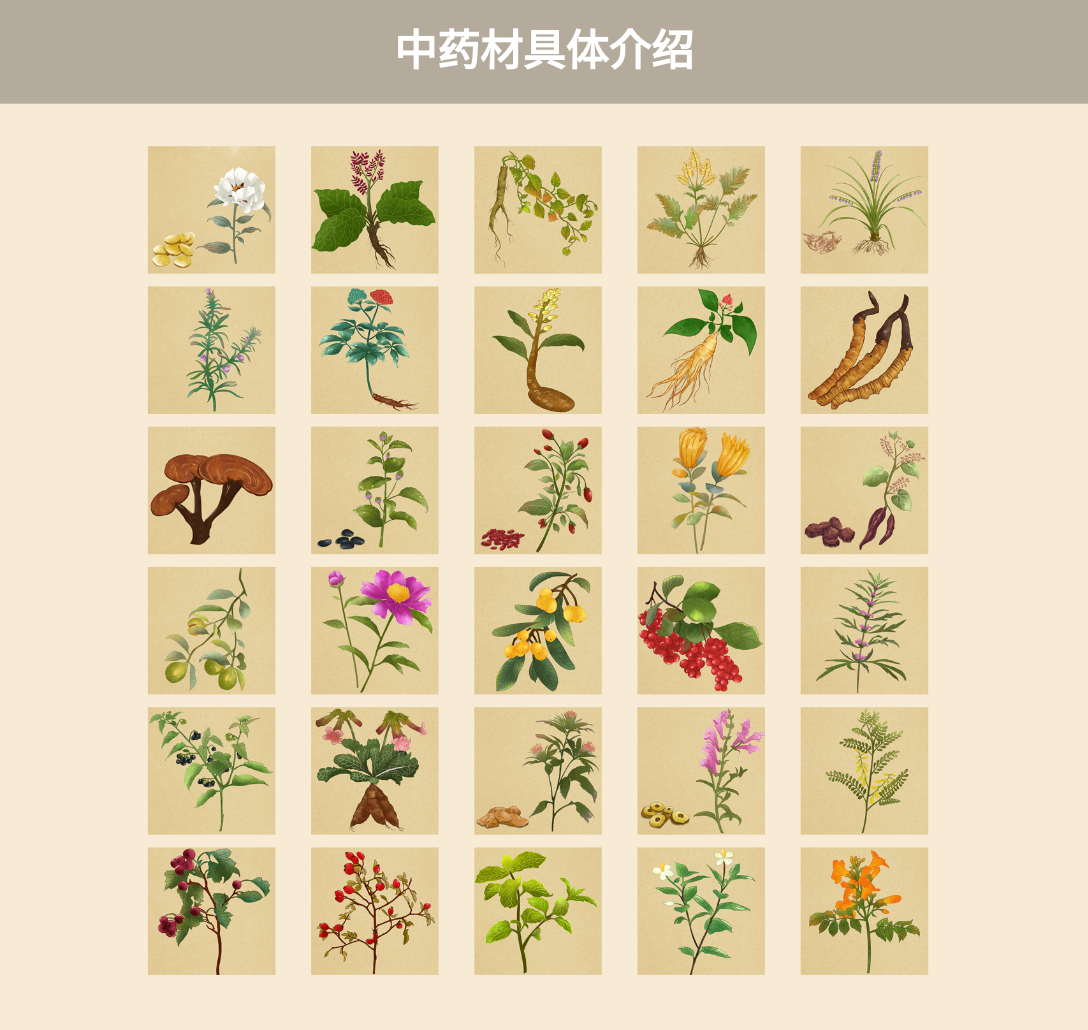
Repository: chjyume/zhongyi
Page: yaocai.html
The author's editor kept a copy of each file at every save. The page is drawn from the files as they stood at one save, then again after the next save.
The browser window is 1280 px wide. The pictures show the whole page, at 85% of full size.

Above is the page before, as saved 2023-09-13 10:31:20.

### yaocai.html
<!--
	@author: vito
	@startTime: 04 Jan 2019
 -->

<!DOCTYPE html>
<html lang="en">

<head>
	<meta charset="UTF-8">
	<title>药材介绍</title>
	<link rel="stylesheet" type="text/css" href="css/yaocai.css">
</head>

<body>
	<header class="top-bar">
		<h1>中药材具体介绍</h1>
	</header>
	<section class="container">
		<section class="boxItem">
			<a href="javascript:void(0)"></a>
			<a href="javascript:void(0)"></a>
			<a href="javascript:void(0)"></a>
			<a href="javascript:void(0)"></a>
			<section class="itemContentBox">
				<img src="img/yaocai/y1.png" alt="">
				<section class="itemContent">
					<span>【白芍】</span>
				</section>
				<section class="itemContent">
					<span>性味：味苦，酸，性微寒。</span>
				</section>
				<section class="itemContent">
					<span>归经：归肝，脾经。</span>
				</section>
				<section class="itemContent">
					<span>功效：养血调经，敛阴止汗， 柔肝</span>
				</section>
			</section>
		</section>
		<section class="boxItem">
			<a href="javascript:void(0)"></a>
			<a href="javascript:void(0)"></a>
			<a href="javascript:void(0)"></a>
			<a href="javascript:void(0)"></a>
			<section class="itemContentBox">
				<img src="img/yaocai/y2.png" alt="">
				<section class="itemContent">
					<span>【大黄】</span>
				</section>
				<section class="itemContent">
					<span>性味：味苦，酸，性微寒。</span>
				</section>
				<section class="itemContent">
					<span>归经：归肝，脾经。</span>
				</section>
				<section class="itemContent">
					<span>功效：养血调经，敛阴止汗， 柔肝</span>
				</section>
			</section>
		</section>
		<section class="boxItem">
			<a href="javascript:void(0)"></a>
			<a href="javascript:void(0)"></a>
			<a href="javascript:void(0)"></a>
			<a href="javascript:void(0)"></a>
			<section class="itemContentBox">
				<img src="img/yaocai/y3.png" alt="">
				<section class="itemContent">
					<span>【党参】</span>
				</section>
				<section class="itemContent">
					<span>性味：甘，平。</span>
				</section>
				<section class="itemContent">
					<span>归经：脾，肺经。</span>
				</section>
				<section class="itemContent">
					<span>功效：益气，生津，脾胃虚弱， 气</span>
				</section>
			</section>
		</section>
		<section class="boxItem">
			<a href="javascript:void(0)"></a>
			<a href="javascript:void(0)"></a>
			<a href="javascript:void(0)"></a>
			<a href="javascript:void(0)"></a>
			<section class="itemContentBox">
				<img src="img/yaocai/y4.png" alt="">
				<section class="itemContent">
					<span>【黄连】</span>
				</section>
				<section class="itemContent">
					<span>性味：性寒，味苦。</span>
				</section>
				<section class="itemContent">
					<span>归经：归心，脾，胃，肝，胆， 大</span>
				</section>
				<section class="itemContent">
					<span>功效：清热燥湿，泻火解毒。</span>
				</section>
			</section>
		</section>
		<section class="boxItem">
			<a href="javascript:void(0)"></a>
			<a href="javascript:void(0)"></a>
			<a href="javascript:void(0)"></a>
			<a href="javascript:void(0)"></a>
			<section class="itemContentBox">
				<img src="img/yaocai/y5.png" alt="">
				<section class="itemContent">
					<span>【麦冬】</span>
				</section>
				<section class="itemContent">
					<span>性味：甘，微苦，微寒。</span>
				</section>
				<section class="itemContent">
					<span>归经：归心，肺，胃经。</span>
				</section>
				<section class="itemContent">
					<span>功效：养阴生津，润肺止咳， 用于肺胃阴虚，津少口渴，干咳咯血。</span>
				</section>
			</section>
		</section>
		<section class="boxItem">
			<a href="javascript:void(0)"></a>
			<a href="javascript:void(0)"></a>
			<a href="javascript:void(0)"></a>
			<a href="javascript:void(0)"></a>
			<section class="itemContentBox">
				<img src="img/yaocai/y6.png" alt="">
				<section class="itemContent">
					<span>【迷迭香】</span>
				</section>
				<section class="itemContent">
					<span>性味：辛、性温，无毒。</span>
				</section>
				<section class="itemContent">
					<span>归经：归肺，胃，脾经。</span>
				</section>
				<section class="itemContent">
					<span>功效：镇静安神，提神醒脑， 消毒杀菌。</span>
				</section>
			</section>
		</section>
		<section class="boxItem">
			<a href="javascript:void(0)"></a>
			<a href="javascript:void(0)"></a>
			<a href="javascript:void(0)"></a>
			<a href="javascript:void(0)"></a>
			<section class="itemContentBox">
				<img src="img/yaocai/y7.png" alt="">
				<section class="itemContent">
					<span>【三七】</span>
				</section>
				<section class="itemContent">
					<span>性味：性温，味甘，微苦。</span>
				</section>
				<section class="itemContent">
					<span>归经：归心,肝,脾经。</span>
				</section>
				<section class="itemContent">
					<span>功效：止血补血，抗血栓， 增强免疫。</span>
				</section>
			</section>
		</section>
		<section class="boxItem">
			<a href="javascript:void(0)"></a>
			<a href="javascript:void(0)"></a>
			<a href="javascript:void(0)"></a>
			<a href="javascript:void(0)"></a>
			<section class="itemContentBox">
				<img src="img/yaocai/y8.png" alt="">
				<section class="itemContent">
					<span>【天麻】</span>
				</section>
				<section class="itemContent">
					<span>性味：平，味甘。</span>
				</section>
				<section class="itemContent">
					<span>归经：归肝经。</span>
				</section>
				<section class="itemContent">
					<span>功效：息风止痉，平肝潜阳， 祛风通络。</span>
				</section>
			</section>
		</section>
		<section class="boxItem">
			<a href="javascript:void(0)"></a>
			<a href="javascript:void(0)"></a>
			<a href="javascript:void(0)"></a>
			<a href="javascript:void(0)"></a>
			<section class="itemContentBox">
				<img src="img/yaocai/y9.png" alt="">
				<section class="itemContent">
					<span>【人参】</span>
				</section>
				<section class="itemContent">
					<span>性味：味甘，微苦，性温。</span>
				</section>
				<section class="itemContent">
					<span>归经：归心经。</span>
				</section>
				<section class="itemContent">
					<span>功效：补元气，补脾益肺， 生津，安神。</span>
				</section>
			</section>
		</section>
		<section class="boxItem">
			<a href="javascript:void(0)"></a>
			<a href="javascript:void(0)"></a>
			<a href="javascript:void(0)"></a>
			<a href="javascript:void(0)"></a>
			<section class="itemContentBox">
				<img src="img/yaocai/y10.png" alt="">
				<section class="itemContent">
					<span>【冬虫夏草】</span>
				</section>
				<section class="itemContent">
					<span>性味：性温，味甘。</span>
				</section>
				<section class="itemContent">
					<span>归经：归肝经。</span>
				</section>
				<section class="itemContent">
					<span>功效：具有补虚损，益精气，止咳化痰，抗癌抗老，降血脂等功效。</span>
				</section>
			</section>
		</section>
		<section class="boxItem">
			<a href="javascript:void(0)"></a>
			<a href="javascript:void(0)"></a>
			<a href="javascript:void(0)"></a>
			<a href="javascript:void(0)"></a>
			<section class="itemContentBox">
				<img src="img/yaocai/y11.png" alt="">
				<section class="itemContent">
					<span>【灵芝】</span>
				</section>
				<section class="itemContent">
					<span>性味：味甘，性温。</span>
				</section>
				<section class="itemContent">
					<span>归经：各处。</span>
				</section>
				<section class="itemContent">
					<span>功效：提高免疫力，降血糖，抗癌抗衰老，防心血管病，中风，高血压，护肝解毒。</span>
				</section>
			</section>
		</section>
		<section class="boxItem">
			<a href="javascript:void(0)"></a>
			<a href="javascript:void(0)"></a>
			<a href="javascript:void(0)"></a>
			<a href="javascript:void(0)"></a>
			<section class="itemContentBox">
				<img src="img/yaocai/y12.png" alt="">
				<section class="itemContent">
					<span>【补骨脂】</span>
				</section>
				<section class="itemContent">
					<span>性味：苦，辛，温。</span>
				</section>
				<section class="itemContent">
					<span>归经：归肾，脾经。</span>
				</section>
				<section class="itemContent">
					<span>功效：补肾壮阳，固精缩尿， 肾虚腰痛，小儿遗尿，纳气平喘，温脾止泻，肾漏。</span>
				</section>
			</section>
		</section>
		<section class="boxItem">
			<a href="javascript:void(0)"></a>
			<a href="javascript:void(0)"></a>
			<a href="javascript:void(0)"></a>
			<a href="javascript:void(0)"></a>
			<section class="itemContentBox">
				<img src="img/yaocai/y13.png" alt="">
				<section class="itemContent">
					<span>【枸杞子】</span>
				</section>
				<section class="itemContent">
					<span>性味：甘，平。</span>
				</section>
				<section class="itemContent">
					<span>归经：归肾，脾经。</span>
				</section>
				<section class="itemContent">
					<span>功效：滋补肝肾，益精明目，美容养颜，抗衰老，降血压，增强造血功能。</span>
				</section>
			</section>
		</section>
		<section class="boxItem">
			<a href="javascript:void(0)"></a>
			<a href="javascript:void(0)"></a>
			<a href="javascript:void(0)"></a>
			<a href="javascript:void(0)"></a>
			<section class="itemContentBox">
				<img src="img/yaocai/y14.png" alt="">
				<section class="itemContent">
					<span>【金佛手】</span>
				</section>
				<section class="itemContent">
					<span>性味：辛，苦，温。</span>
				</section>
				<section class="itemContent">
					<span>归经：归脾经。</span>
				</section>
				<section class="itemContent">
					<span>功效：健脾养胃，理气止痛， 胸闷气滞，消化不良，食欲不振，嗳气呕吐。</span>
				</section>
			</section>
		</section>
		<section class="boxItem">
			<a href="javascript:void(0)"></a>
			<a href="javascript:void(0)"></a>
			<a href="javascript:void(0)"></a>
			<a href="javascript:void(0)"></a>
			<section class="itemContentBox">
				<img src="img/yaocai/y15.png" alt="">
				<section class="itemContent">
					<span>【何首乌】</span>
				</section>
				<section class="itemContent">
					<span>性味：微温，味苦，甘，涩。</span>
				</section>
				<section class="itemContent">
					<span>归经：归肝、肾经。</span>
				</section>
				<section class="itemContent">
					<span>功效：其块根入药可安神，养血，活络，解毒，制首乌可补益经血，乌须发，强筋骨，补肝肾。</span>
				</section>
			</section>
		</section>
		<section class="boxItem">
			<a href="javascript:void(0)"></a>
			<a href="javascript:void(0)"></a>
			<a href="javascript:void(0)"></a>
			<a href="javascript:void(0)"></a>
			<section class="itemContentBox">
				<img src="img/yaocai/y16.png" alt="">
				<section class="itemContent">
					<span>【肉豆蔻】</span>
				</section>
				<section class="itemContent">
					<span>性味：辛，苦，温。</span>
				</section>
				<section class="itemContent">
					<span>归经：归胃经。</span>
				</section>
				<section class="itemContent">
					<span>功效：温中涩肠，行气消食。主虚泄，冷痢，脘腹胀痛，食少呕吐，宿食不消。</span>
				</section>
			</section>
		</section>
		<section class="boxItem">
			<a href="javascript:void(0)"></a>
			<a href="javascript:void(0)"></a>
			<a href="javascript:void(0)"></a>
			<a href="javascript:void(0)"></a>
			<section class="itemContentBox">
				<img src="img/yaocai/y17.png" alt="">
				<section class="itemContent">
					<span>【芍药】</span>
				</section>
				<section class="itemContent">
					<span>性味：性微寒，味苦，酸</span>
				</section>
				<section class="itemContent">
					<span>归经：归肝经。</span>
				</section>
				<section class="itemContent">
					<span>功效：镇痛，镇痉，祛瘀，通经，养血和营，缓急止痛，敛阴平肝。</span>
				</section>
			</section>
		</section>
		<section class="boxItem">
			<a href="javascript:void(0)"></a>
			<a href="javascript:void(0)"></a>
			<a href="javascript:void(0)"></a>
			<a href="javascript:void(0)"></a>
			<section class="itemContentBox">
				<img src="img/yaocai/y18.png" alt="">
				<section class="itemContent">
					<span>【枇杷】</span>
				</section>
				<section class="itemContent">
					<span>性味：性平味，甘酸。</span>
				</section>
				<section class="itemContent">
					<span>归经：归肺经。</span>
				</section>
				<section class="itemContent">
					<span>功效：消食止渴，润肺止咳、下气，肺燥咳喘，吐逆。</span>
				</section>
			</section>
		</section>
		<section class="boxItem">
			<a href="javascript:void(0)"></a>
			<a href="javascript:void(0)"></a>
			<a href="javascript:void(0)"></a>
			<a href="javascript:void(0)"></a>
			<section class="itemContentBox">
				<img src="img/yaocai/y19.png" alt="">
				<section class="itemContent">
					<span>【五味子】</span>
				</section>
				<section class="itemContent">
					<span>性味:酸,温。</span>
				</section>
				<section class="itemContent">
					<span>归经：归肺、肾、心经。</span>
				</section>
				<section class="itemContent">
					<span>功效:敛肺滋肾,生津敛汗, 涩精止泻，宁心安神。</span>
				</section>
			</section>
		</section>
		<section class="boxItem">
			<a href="javascript:void(0)"></a>
			<a href="javascript:void(0)"></a>
			<a href="javascript:void(0)"></a>
			<a href="javascript:void(0)"></a>
			<section class="itemContentBox">
				<img src="img/yaocai/y20.png" alt="">
				<section class="itemContent">
					<span>【益母草】</span>
				</section>
				<section class="itemContent">
					<span>性味：性寒，味苦、辛。</span>
				</section>
				<section class="itemContent">
					<span>归经：归心经。</span>
				</section>
				<section class="itemContent">
					<span>功效：活血调经、利尿消肿、清热解毒。</span>
				</section>
			</section>
		</section>
		<section class="boxItem">
			<a href="javascript:void(0)"></a>
			<a href="javascript:void(0)"></a>
			<a href="javascript:void(0)"></a>
			<a href="javascript:void(0)"></a>
			<section class="itemContentBox">
				<img src="img/yaocai/y21.png" alt="">
				<section class="itemContent">
					<span>【龙葵】</span>
				</section>
				<section class="itemContent">
					<span>性味：苦，寒。</span>
				</section>
				<section class="itemContent">
					<span>归经：归肺、肾经。</span>
				</section>
				<section class="itemContent">
					<span>功效：清热解毒，利尿活血，消肿。治疗疮，痈肿，跌打扭伤，慢性气管炎，急性肾炎。</span>
				</section>
			</section>
		</section>
		<section class="boxItem">
			<a href="javascript:void(0)"></a>
			<a href="javascript:void(0)"></a>
			<a href="javascript:void(0)"></a>
			<a href="javascript:void(0)"></a>
			<section class="itemContentBox">
				<img src="img/yaocai/y22.png" alt="">
				<section class="itemContent">
					<span>【地黄】</span>
				</section>
				<section class="itemContent">
					<span>性味：性寒，味甘。</span>
				</section>
				<section class="itemContent">
					<span>归经：归肺经。</span>
				</section>
				<section class="itemContent">
					<span>功效：热病伤阴，舌绛烦渴，温毒发斑，吐血，咽喉肿痛。</span>
				</section>
			</section>
		</section>
		<section class="boxItem">
			<a href="javascript:void(0)"></a>
			<a href="javascript:void(0)"></a>
			<a href="javascript:void(0)"></a>
			<a href="javascript:void(0)"></a>
			<section class="itemContentBox">
				<img src="img/yaocai/y23.png" alt="">
				<section class="itemContent">
					<span>【白术】</span>
				</section>
				<section class="itemContent">
					<span>性味：苦，甘，温。</span>
				</section>
				<section class="itemContent">
					<span>归经：归脾，胃经。</span>
				</section>
				<section class="itemContent">
					<span>功效：补气健脾，燥湿利水，止汗，安胎。</span>
				</section>
			</section>
		</section>
		<section class="boxItem">
			<a href="javascript:void(0)"></a>
			<a href="javascript:void(0)"></a>
			<a href="javascript:void(0)"></a>
			<a href="javascript:void(0)"></a>
			<section class="itemContentBox">
				<img src="img/yaocai/y24.png" alt="">
				<section class="itemContent">
					<span>【黄芩】</span>
				</section>
				<section class="itemContent">
					<span>性味：苦,寒。</span>
				</section>
				<section class="itemContent">
					<span>归经: 归肺,胆,胃,大肠经。</span>
				</section>
				<section class="itemContent">
					<span>功效：清热燥湿，泻火解毒，降压，保肝利胆，抑制肠管蠕动，止血，安胎等功效。</span>
				</section>
			</section>
		</section>

		<section class="boxItem">
			<a href="javascript:void(0)"></a>
			<a href="javascript:void(0)"></a>
			<a href="javascript:void(0)"></a>
			<a href="javascript:void(0)"></a>
			<section class="itemContentBox">
				<img src="img/yaocai/y25.png" alt="">
				<section class="itemContent">
					<span>【黄芪】</span>
				</section>
				<section class="itemContent">
					<span>性味：性微温,味甘。</span>
				</section>
				<section class="itemContent">
					<span>归经: 归肺，脾，肝，肾经。</span>
				</section>
				<section class="itemContent">
					<span>功效：补气，止汗，利尿消肿，排脓。</span>
				</section>
			</section>
		</section>
		<section class="boxItem">
			<a href="javascript:void(0)"></a>
			<a href="javascript:void(0)"></a>
			<a href="javascript:void(0)"></a>
			<a href="javascript:void(0)"></a>
			<section class="itemContentBox">
				<img src="img/yaocai/y26.png" alt="">
				<section class="itemContent">
					<span>【山楂】</span>
				</section>
				<section class="itemContent">
					<span>性味：酸,甘,微温。</span>
				</section>
				<section class="itemContent">
					<span>归经：归脾，胃，肝经。</span>
				</section>
				<section class="itemContent">
					<span>功效：消食健胃，行气散瘀， 有扩张冠状动脉，舒张血管，降脂降压强心的作用。</span>
				</section>
			</section>
		</section>
		<section class="boxItem">
			<a href="javascript:void(0)"></a>
			<a href="javascript:void(0)"></a>
			<a href="javascript:void(0)"></a>
			<a href="javascript:void(0)"></a>
			<section class="itemContentBox">
				<img src="img/yaocai/y27.png" alt="">
				<section class="itemContent">
					<span>【玫瑰果】</span>
				</section>
				<section class="itemContent">
					<span>性味：酸,甘,微温。</span>
				</section>
				<section class="itemContent">
					<span>归经：归脾，胃，肝经。</span>
				</section>
				<section class="itemContent">
					<span>功效：抗衰老，抗疲劳，抗辐射，耐缺氧，除血栓，降血压，防癌，治癌，强肾壮阳，延年益寿。</span>
				</section>
			</section>
		</section>
		<section class="boxItem">
			<a href="javascript:void(0)"></a>
			<a href="javascript:void(0)"></a>
			<a href="javascript:void(0)"></a>
			<a href="javascript:void(0)"></a>
			<section class="itemContentBox">
				<img src="img/yaocai/y28.png" alt="">
				<section class="itemContent">
					<span>【薄荷】</span>
				</section>
				<section class="itemContent">
					<span>性味：凉，辛。</span>
				</section>
				<section class="itemContent">
					<span>归经：归肺，肝经。</span>
				</section>
				<section class="itemContent">
					<span>功效：发汗解热,疏肝理气, 利咽止痛，止痒。</span>
				</section>
			</section>
		</section>
		<section class="boxItem">
			<a href="javascript:void(0)"></a>
			<a href="javascript:void(0)"></a>
			<a href="javascript:void(0)"></a>
			<a href="javascript:void(0)"></a>
			<section class="itemContentBox">
				<img src="img/yaocai/y29.png" alt="">
				<section class="itemContent">
					<span>【鱼腥草】</span>
				</section>
				<section class="itemContent">
					<span>性味：辛,微寒,微苦。</span>
				</section>
				<section class="itemContent">
					<span>归经：归肺，肝经。</span>
				</section>
				<section class="itemContent">
					<span>功效：清热解毒，消痈排脓，利水通淋，肺痈胸痈，肺热咳嗽，热毒疮疡，湿热淋症。</span>
				</section>
			</section>
		</section>
		<section class="boxItem">
			<a href="javascript:void(0)"></a>
			<a href="javascript:void(0)"></a>
			<a href="javascript:void(0)"></a>
			<a href="javascript:void(0)"></a>
			<section class="itemContentBox">
				<img src="img/yaocai/y30.png" alt="">
				<section class="itemContent">
					<span>【凌霄花】</span>
				</section>
				<section class="itemContent">
					<span>性味：甘，酸，寒。</span>
				</section>
				<section class="itemContent">
					<span>归经：归心经。</span>
				</section>
				<section class="itemContent">
					<span>功效：行血去瘀，凉血祛风，用于经闭，产后乳肿，风疹发红，皮肤瘙痒，痤疮。</span>
				</section>
			</section>
		</section>


	</section>
</body>

</html>

Loaded but not shown: css/yaocai.css (224 lines, source omitted)

After the next save:
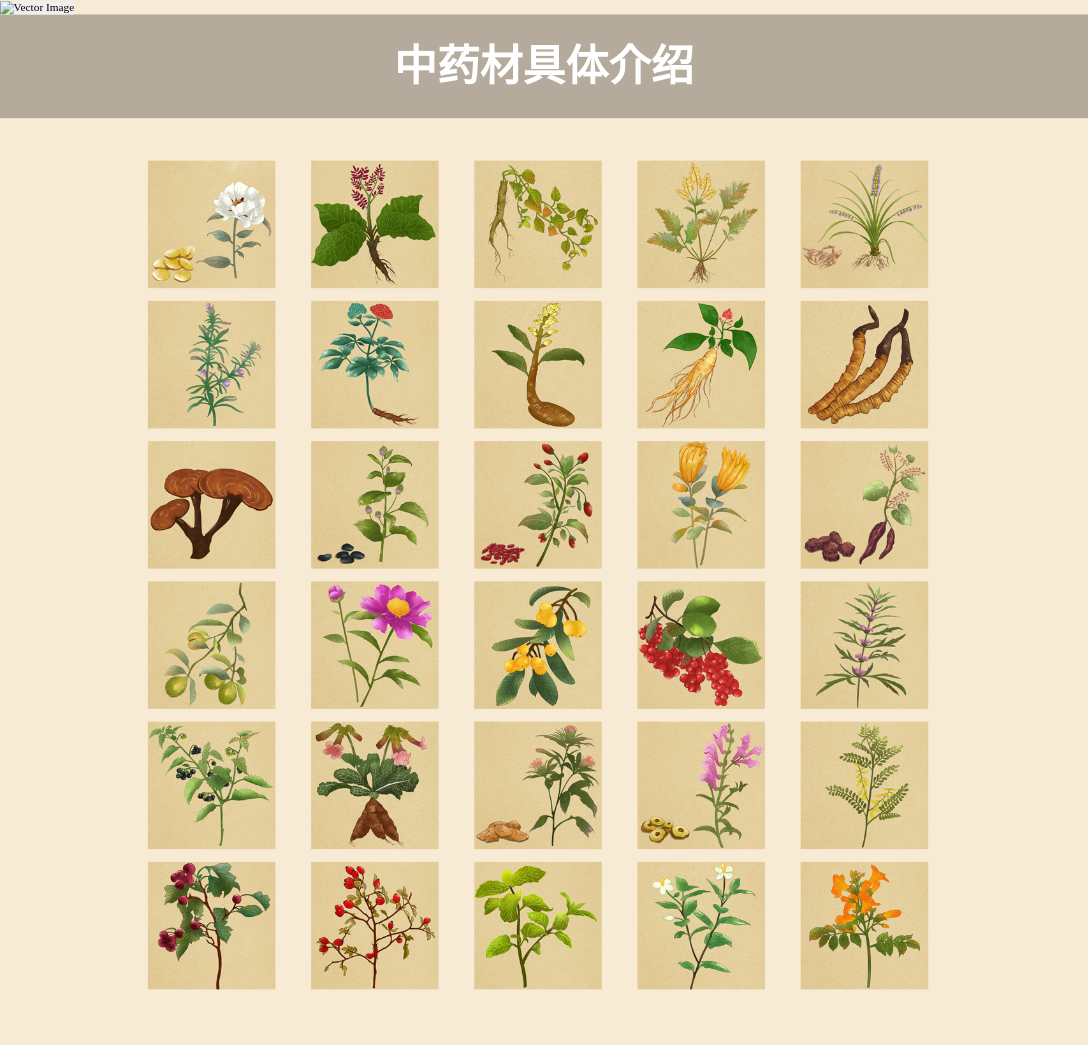
Not found: path/to/vector-image.svg
Saved 23 s later.
--- a/yaocai.html
+++ b/yaocai.html
@@ -13,6 +13,9 @@
 </head>
 
 <body>
+	<button class="return-button">
+		<img src="path/to/vector-image.svg" alt="Vector Image" class="vector-button__image">
+	</button>
 	<header class="top-bar">
 		<h1>中药材具体介绍</h1>
 	</header>

After the save that followed:
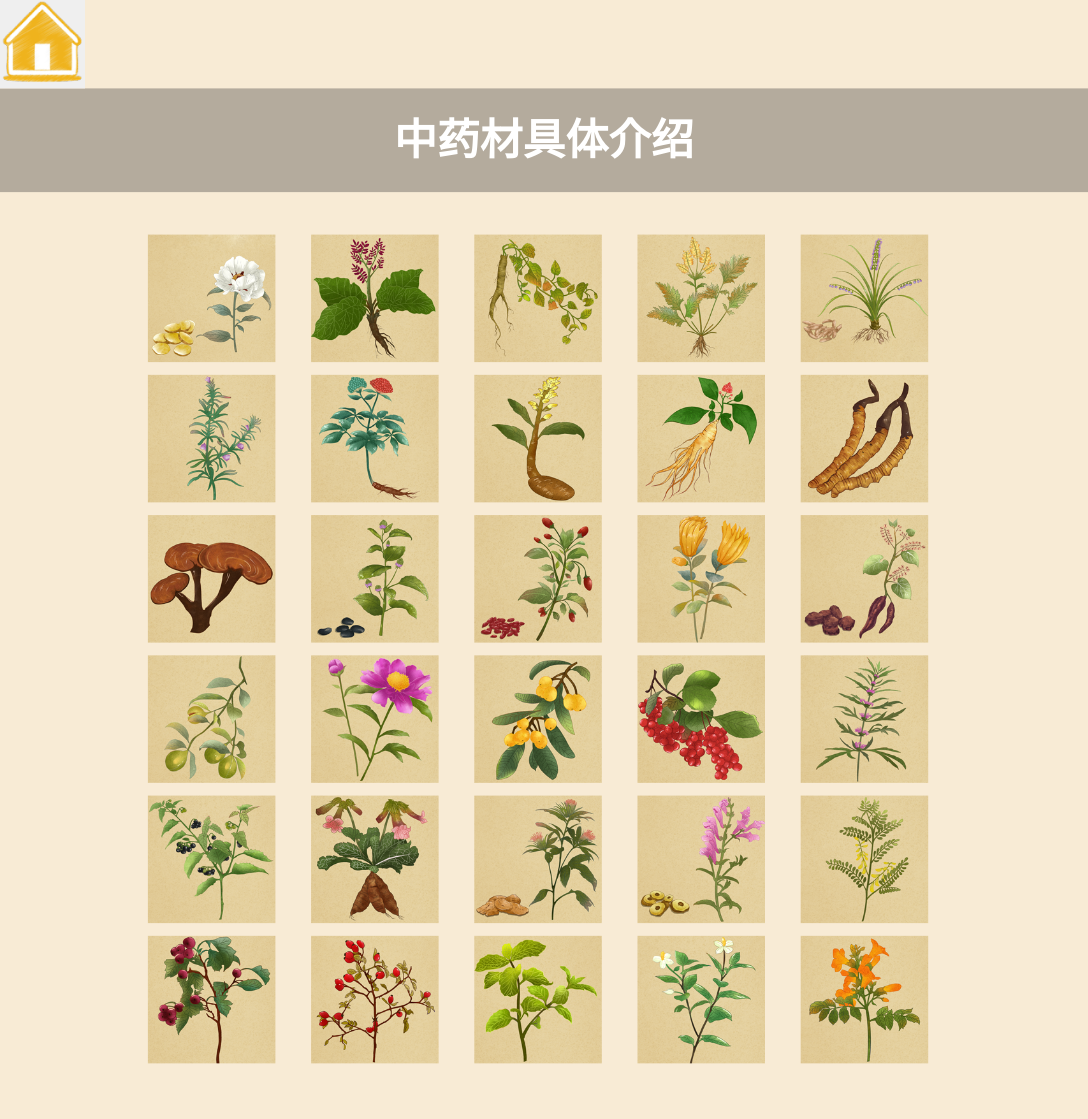
Saved 2 min 27 s later.
--- a/yaocai.html
+++ b/yaocai.html
@@ -14,7 +14,7 @@
 
 <body>
 	<button class="return-button">
-		<img src="path/to/vector-image.svg" alt="Vector Image" class="vector-button__image">
+		<img src="img/return.png" alt="返回" class="return-image">
 	</button>
 	<header class="top-bar">
 		<h1>中药材具体介绍</h1>
